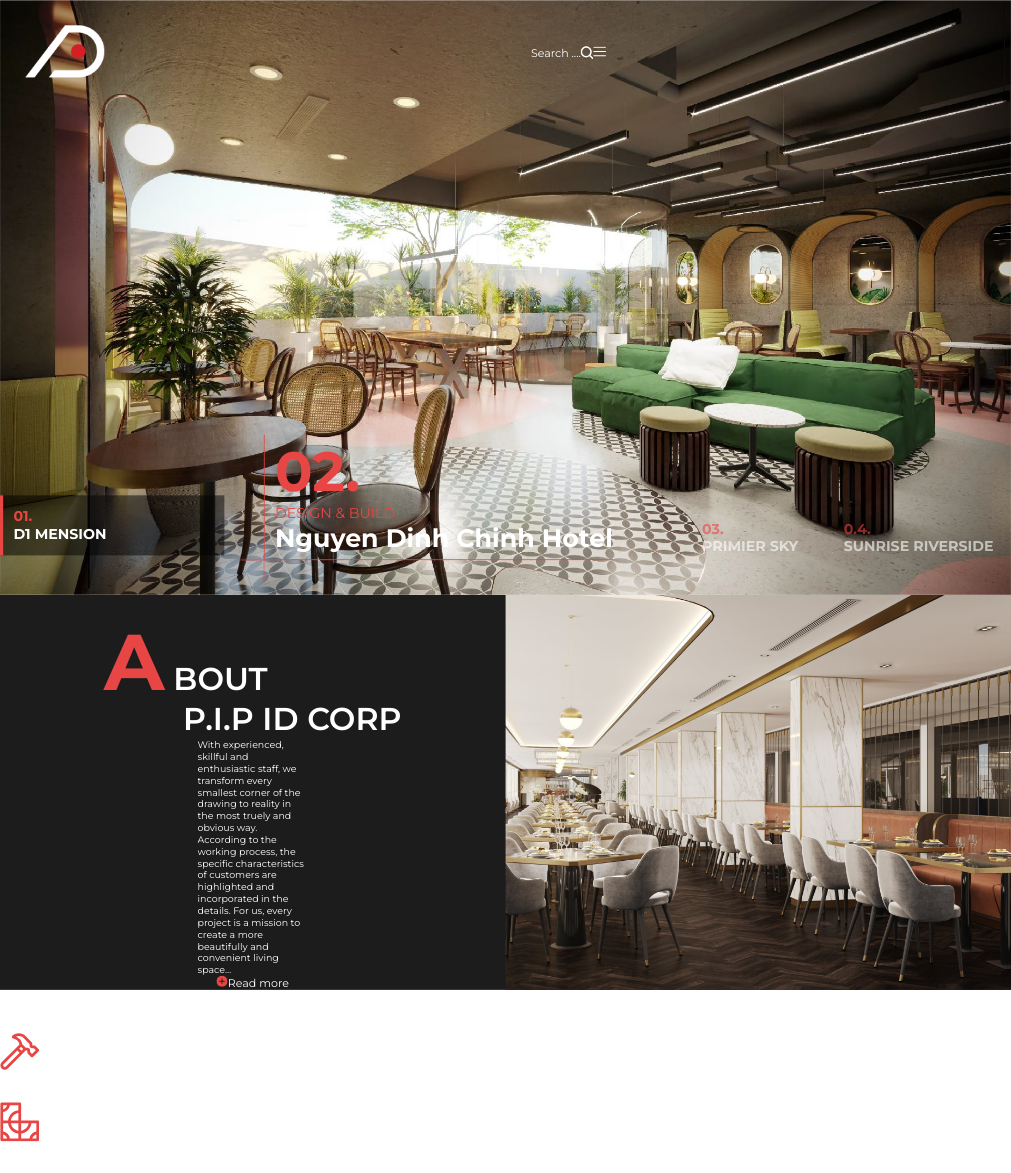
Repository: huudang2840/pipHomePage
Page: index.html
An editor plug-in stored every save of this project. The page is shown before and after the next save, followed by the edit.
The browser window is 1280 px wide. The pictures show the whole page, at 79% of full size.

Above is the page before, as saved 2023-03-21 14:20:49.

### index.html
<!DOCTYPE html>
<html lang="en">
  <head>
    <meta charset="UTF-8" />
    <meta http-equiv="X-UA-Compatible" content="IE=edge" />
    <meta name="viewport" content="width=device-width, initial-scale=1.0" />
    <title>Pip Home Page</title>

    <!-- CSS -->
    <link rel="stylesheet" href="style/style.css" />

    <!-- Fonts -->
    <link rel="preconnect" href="https://fonts.googleapis.com" />
    <link rel="preconnect" href="https://fonts.gstatic.com" crossorigin />
    <link
      href="https://fonts.googleapis.com/css2?family=Montserrat:wght@400;600;700&display=swap"
      rel="stylesheet"
    />
  </head>
  <body>
    <!-- Header -->
    <header class="header">
      <div class="header__img">
        <img src="/img/logo.png" alt="" />
      </div>
      <div class="header__option">
        <div class="option__search">
          <p>Search ....</p>
          <svg
            width="16"
            height="17"
            viewBox="0 0 16 17"
            fill="none"
            xmlns="http://www.w3.org/2000/svg"
          >
            <path
              d="M15.7189 14.9442L12.6438 11.8691C13.5758 10.6491 14.0869 9.16936 14.0871 7.60786C14.0871 5.72609 13.3542 3.95682 12.0234 2.62623C10.6928 1.29564 8.92376 0.562744 7.04176 0.562744C5.15999 0.562744 3.39072 1.29564 2.06013 2.62623C-0.68671 5.3733 -0.68671 9.84287 2.06013 12.5895C3.39072 13.9203 5.15999 14.6532 7.04176 14.6532C8.60326 14.653 10.0831 14.1419 11.3031 13.2099L14.3781 16.285C14.563 16.4701 14.8059 16.5627 15.0485 16.5627C15.2911 16.5627 15.5339 16.4701 15.7189 16.285C16.0892 15.9148 16.0892 15.3143 15.7189 14.9442ZM3.40091 11.2487C1.39344 9.24124 1.39368 5.97471 3.40091 3.96701C4.37339 2.99476 5.66649 2.4591 7.04176 2.4591C8.41726 2.4591 9.71012 2.99476 10.6826 3.96701C11.6551 4.93949 12.1908 6.23258 12.1908 7.60786C12.1908 8.98336 11.6551 10.2762 10.6826 11.2487C9.71012 12.2212 8.41726 12.7568 7.04176 12.7568C5.66649 12.7568 4.37339 12.2212 3.40091 11.2487Z"
              fill="white"
            />
          </svg>
        </div>
        <div class="option__lang"></div>
        <div class="option__menu">
          <svg
            width="16"
            height="13"
            viewBox="0 0 16 13"
            fill="none"
            xmlns="http://www.w3.org/2000/svg"
          >
            <path
              d="M16 10.9167V12.25H0V10.9167H16ZM16 5.58333V6.91667H0V5.58333H16ZM16 0.25V1.58333H0V0.25H16Z"
              fill="white"
            />
          </svg>
        </div>
        <div class="option__share"></div>
      </div>
    </header>

    <!-- Main -->
    <section>
      <div class="intro">
        <div class="intro__background">
          <img src="/img/page1.png" alt="" srcset="" id="masked" />
        </div>
        <div class="intro__list">
          <div class="list__left">
            <div>
              <span>
                <p>01.</p>
                <p>D1 Mension</p>
              </span>
            </div>
            <div>
              <span id="active_intro">
                <h1>02.</h1>
                <p>Design & build</p>
                <h1>Nguyen Dinh Chinh Hotel</h1>
                <div class="border__box"></div>
              </span>
            </div>
          </div>

          <div class="list__right">
            <div>
              <span>
                <p>03.</p>
                <p>Primier Sky</p>
              </span>
            </div>
            <div>
              <span>
                <p>0.4.</p>
                <p>Sunrise Riverside</p>
              </span>
            </div>
          </div>
        </div>
      </div>
      <div class="about">
        <div class="about__left">
          <span>
            <span>
              <h1><span class="text-red">A</span> bout</h1>
            </span>
            <h1 class="ml-100">P.I.P ID CORP</h1>
          </span>
          <span class="about__left__textaera">
            <p>
              With experienced, skillful and enthusiastic staff, we transform every smallest corner
              of the drawing to reality in the most truely and obvious way. According to the working
              process, the specific characteristics of customers are highlighted and incorporated in
              the details. For us, every project is a mission to create a more beautifully and
              convenient living space…
            </p>
          </span>
          <div class="read-more">
            <svg
              width="14"
              height="14"
              viewBox="0 0 14 14"
              fill="none"
              xmlns="http://www.w3.org/2000/svg"
            >
              <path
                d="M7 0C3.14005 0 0 3.14005 0 7C0 10.86 3.14005 14 7 14C10.86 14 14 10.86 14 7C14 3.14005 10.86 0 7 0ZM10.0625 7.5833H7.5833V10.0625C7.5833 10.3845 7.32204 10.6458 7 10.6458C6.67796 10.6458 6.4167 10.3845 6.4167 10.0625V7.5833H3.9375C3.61546 7.5833 3.3542 7.32204 3.3542 7C3.3542 6.67796 3.61546 6.4167 3.9375 6.4167H6.4167V3.9375C6.4167 3.61546 6.67796 3.3542 7 3.3542C7.32204 3.3542 7.5833 3.61546 7.5833 3.9375V6.4167H10.0625C10.3845 6.4167 10.6458 6.67796 10.6458 7C10.6458 7.32204 10.3845 7.5833 10.0625 7.5833Z"
                fill="#E84545"
              />
            </svg>
            <p>Read more</p>
          </div>
        </div>
        <div class="about__right">
          <img src="/img/about.jpeg" alt="" />
        </div>
      </div>
      <div class="wedo">
        <div class="wedo__top">
          <div class="wedo__top__logo"></div>
          <h2 class="wedo__top__text">Prestige is Power</h2>
        </div>
        <div class="wedo__bottom">
          <h2 class="wedo__bottom__text">What</h2>
          <h2 class="wedo__bottom__text">We do</h2>

          <div class="wedo__bottom__build">
            <svg
              width="50"
              height="48"
              viewBox="0 0 50 48"
              fill="none"
              xmlns="http://www.w3.org/2000/svg"
            >
              <path
                d="M48.9873 21.1033L44.931 17.0479C44.6268 16.7437 44.2209 16.5625 43.7911 16.5386L40.962 16.3804L40.8901 13.6863C40.8782 13.2385 40.6953 12.8113 40.3783 12.4951L32.3717 4.48853C30.1056 2.22241 27.0927 0.973145 23.8875 0.973145C23.8849 0.973145 23.8823 0.973145 23.8798 0.973145C20.6754 0.974854 17.6633 2.22412 15.3989 4.48853C14.9683 4.91919 14.7922 5.54126 14.9341 6.13257C15.0759 6.72559 15.5151 7.20068 16.0936 7.39038C22.7092 9.54797 24.1731 12.4049 24.6757 15.0402L2.11755 37.5984C-0.0357666 39.7517 -0.0357666 43.2551 2.11755 45.4084C4.27087 47.5618 7.77429 47.5618 9.92761 45.4084L28.4667 26.8694C28.4674 26.8686 28.4685 26.8684 28.4692 26.8677C28.47 26.8669 28.4702 26.8659 28.4709 26.8651L32.5843 22.7518L34.5305 22.804L34.6976 25.6372C34.7224 26.0645 34.9036 26.4695 35.2069 26.772L39.2632 30.8274C39.605 31.1692 40.0527 31.3401 40.5005 31.3401C40.9482 31.3401 41.396 31.1692 41.7378 30.8274L48.9873 23.5779C49.3154 23.2498 49.5 22.8054 49.5 22.3406C49.5 21.8757 49.3154 21.4314 48.9873 21.1033ZM38.1523 24.7673L37.978 21.8125C37.9532 21.3853 37.7721 20.9802 37.4688 20.6777L36.6296 19.8386C36.285 19.5467 35.8884 19.3765 35.4393 19.3259L32.6357 19.2507L28.1915 14.8074C27.6429 11.4988 26.0912 7.94067 20.2883 5.26782C21.3983 4.74829 22.6194 4.47485 23.8823 4.47314H23.8875C26.157 4.47314 28.2915 5.35669 29.8971 6.96313L37.4106 14.4758L37.4858 17.3025C37.5493 17.7349 37.6595 18.1839 37.9918 18.4919L37.9952 18.4886C37.9967 18.4901 37.997 18.4922 37.9985 18.4937L38.8265 19.3208C39.1307 19.625 39.5366 19.8062 39.9656 19.8301L42.929 19.9958L45.2754 22.3406L40.5005 27.1155L38.1523 24.7673ZM7.453 42.9338C6.66345 43.7234 5.38171 43.7234 4.59216 42.9338C3.80347 42.1443 3.80347 40.8625 4.59216 40.073L21.8961 22.7691L24.7569 25.6299L7.453 42.9338ZM27.2315 23.1553L24.3707 20.2945L26.5492 18.116L29.41 20.9768L27.2315 23.1553Z"
                fill="#E84545"
              />
            </svg>
            <h3>BUILD</h3>
            <p>
              With our years of experience, we can help your ideas become a feasible plan. We know
              how you can bring the most out of your space...
            </p>
          </div>
          <div class="wedo__bottom__design">
            <svg
              width="50"
              height="50"
              viewBox="0 0 50 50"
              fill="none"
              xmlns="http://www.w3.org/2000/svg"
            >
              <path
                d="M47.75 23.25H26.75V2.25C26.75 1.28357 25.9664 0.5 25 0.5H2.25C1.28357 0.5 0.5 1.28357 0.5 2.25V47.75C0.5 48.7164 1.28357 49.5 2.25 49.5H47.75C48.7164 49.5 49.5 48.7164 49.5 47.75V39V25C49.5 24.0336 48.7164 23.25 47.75 23.25ZM46 37.4081C41.6125 38.1488 38.1488 41.6125 37.4081 46H26.75V39.7627C33.554 38.9605 38.9605 33.554 39.7627 26.75H46V37.4081ZM46 46H40.9713C41.6062 43.5433 43.5433 41.6062 46 40.9713V46ZM4 12.5919C8.3875 11.8512 11.8512 8.3875 12.5919 4H23.25V10.2373C16.446 11.0395 11.0395 16.446 10.2373 23.25H4V12.5919ZM4 4H9.02869C8.3938 6.45667 6.45667 8.3938 4 9.02869V4ZM23.25 26.75V36.226C18.3799 35.4688 14.5312 31.6201 13.774 26.75H23.25ZM26.75 26.75H36.2408C35.4855 31.6218 31.6204 35.4564 26.75 36.2148V26.75ZM23.25 23.25H13.7852C14.5436 18.3796 18.3782 14.5145 23.25 13.7592V23.25ZM4 46V40.9713C6.45667 41.6062 8.3938 43.5433 9.02869 46H4ZM4 37.4081V26.75H10.2373C11.0395 33.554 16.446 38.9605 23.25 39.7627V46H12.5919C11.8512 41.6125 8.3875 38.1488 4 37.4081Z"
                fill="#E84545"
              />
            </svg>
            <h3>Design</h3>
            <p>
              Custom furniture solutions, cabinets, vibrant colors, a vertical garden, an invisible
              cupboard, a hidden bed or desk - anything can take shape in our hands...
            </p>
          </div>
        </div>
      </div>
      <div class="projects"></div>
      <div class="customer"></div>
      <div class="contact"></div>
    </section>

    <!-- Footer -->
    <footer></footer>
  </body>
  <script src="/js/index.js"></script>
</html>

### style/style.css
:root {
  --color-bg: #1c1c1c;
  --color-red: #e84545;
}
* {
  margin: 0;
  padding: 0;
  color: white;
  font-family: "Montserrat", sans-serif;
  font-size: 14px;
  font-weight: 400;
  list-style: none;
}
/* Header */
.header {
  position: fixed;
  display: flex;
  width: 100%;
  background-color: transparent;
  justify-content: space-between;
  align-items: center;
  z-index: 10;
  padding: 32px;
}
.header__img {
  flex: 1;
}
.header__img > img {
  width: 100px;
  height: 66px;
}
#masked {
  z-index: 10;
  /* background-color: black; */
  /* background: radial-gradient(50% 50% at 50% 50%, rgba(0, 0, 0, 0) 0%, #000000 100%); */

  /* -webkit-mask-image: radial-gradient(
    circle at 50% 50%,
    rgb(0, 0, 0) 40%,
    rgba(0, 0, 0, 0.617) 70%
  ); */

  /* -webkit-mask-image: radial-gradient(circle at center, red 0, blue, green 100%); */
}

.header__option {
  flex: 1;
  width: 100px;
  height: 66px;
  display: flex;
  align-items: center;
}

.option__search {
  display: flex;
}
.option__menu {
  width: 50px;
}

/* Intro */
.intro {
  position: relative;
}
.intro__background {
  height: 100%;
  width: 100%;
}

.intro__background > img {
  width: 100%;
  object-fit: cover;
  display: block;
}
.intro__list {
  display: flex;
  width: 100%;
  position: absolute;
  bottom: 50px;
  justify-content: space-between;
}

.intro__list span {
  height: 100%;
  display: flex;
  flex-direction: column;
  justify-content: center;
  padding-left: 13px;
}
.intro__list span > * {
  font-size: 18px;
  font-weight: 700;
  text-transform: uppercase;
  z-index: 10;
}
.intro__list span > p:nth-child(1) {
  color: var(--color-red);
}
.list__left {
  display: flex;
  flex: 2;
}
.list__left div:nth-child(1) {
  height: 76px;
  width: 280px;
  align-self: end;
  border-left: 4px solid var(--color-red);
  background: rgb(0, 0, 0, 0.5);
}

.list__right {
  display: flex;
  flex: 1;
  align-self: flex-end;
  opacity: 0.6;
  justify-content: space-around;
}

#active_intro {
  margin-left: 50px;
  border-bottom: 1px solid var(--color-red);
  border-left: 1px solid var(--color-red);
  position: relative;
  padding-bottom: 5px;
}
#active_intro h1:nth-child(1) {
  font-size: 70px;
  color: var(--color-red);
}
#active_intro p {
  font-size: 18px;
  font-weight: 400;
  color: var(--color-red);
}
#active_intro h1:nth-child(3) {
  font-size: 32px;
  text-transform: none;
}

.border__box {
  position: absolute;
  left: -31px;
  bottom: -31px;
  height: 30px;
  width: 30px;
  border-top: 1px solid var(--color-red);
  border-right: 1px solid var(--color-red);
}
/* About */
.about {
  background-color: var(--color-bg);
  display: flex;
  height: 500px;
}
.about__left {
  flex: 1;
  padding-top: 60px;
  display: flex;
  flex-direction: column;
  align-items: center;
}
.text-red {
  font-weight: 700;
  font-size: 100px;
  /* line-height: 195px; */
  color: var(--color-red);
}
.about__left h1 {
  font-weight: 600;
  font-size: 40px;
  text-transform: uppercase;
  line-height: 50px;
}
.text-about {
  display: flex;
}
.about__right {
  flex: 1;
}
.about__right > img {
  height: 100%;
  width: 100%;
  object-fit: cover;
}
.about__left__textaera p {
  margin-left: 250px;
  margin-right: 250px;

  font-size: 12px;
  overflow: hidden;
}
.read-more {
  display: flex;
}
.ml-100 {
  margin-left: 100px;
}

Loaded but not shown: js/index.js (no copy from this time; the picture is the same without it)

After the next save:
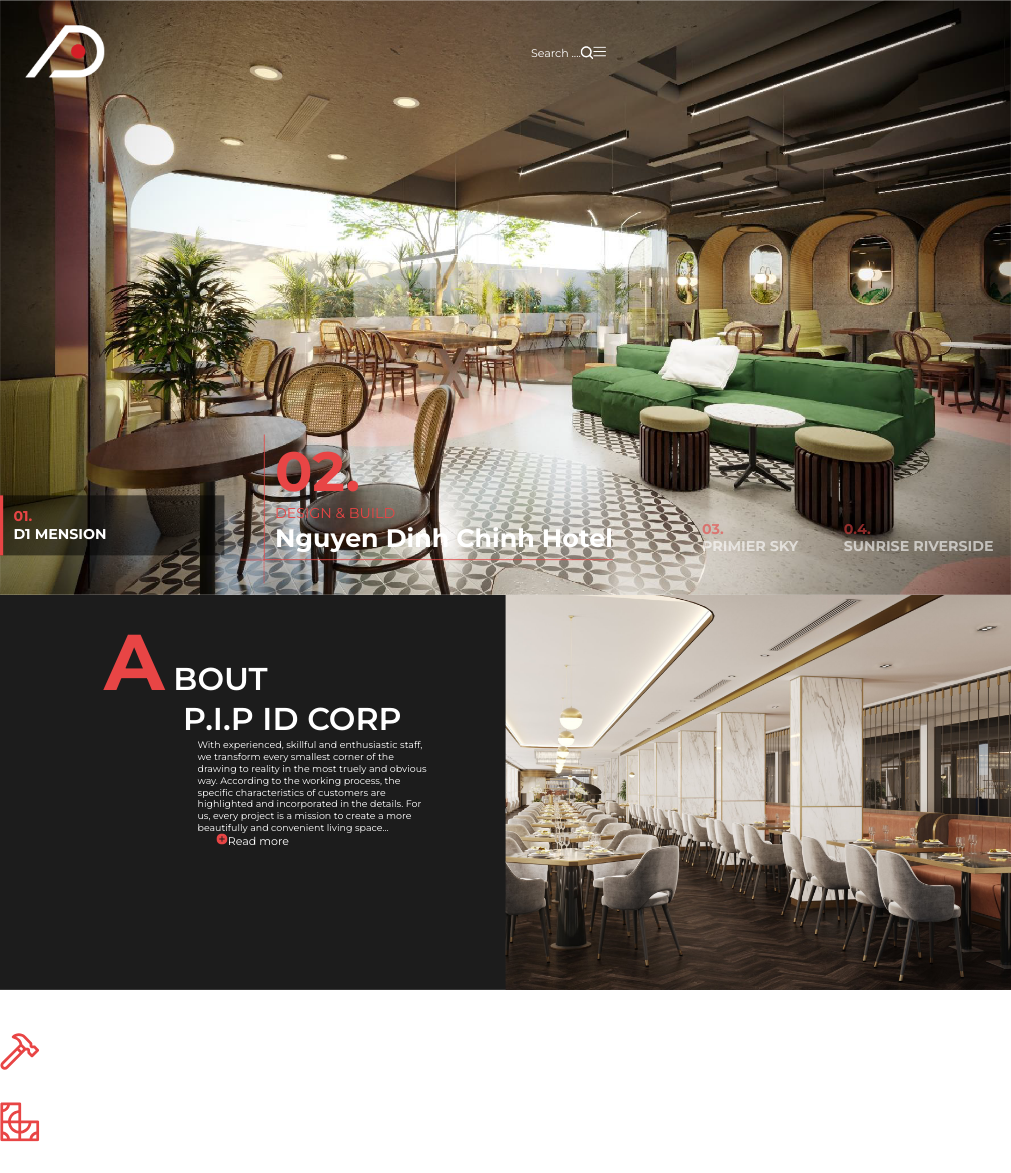
Saved 14 s later.
--- a/style/style.css
+++ b/style/style.css
@@ -184,7 +184,7 @@
 }
 .about__left__textaera p {
   margin-left: 250px;
-  margin-right: 250px;
+  margin-right: 90px;
 
   font-size: 12px;
   overflow: hidden;
